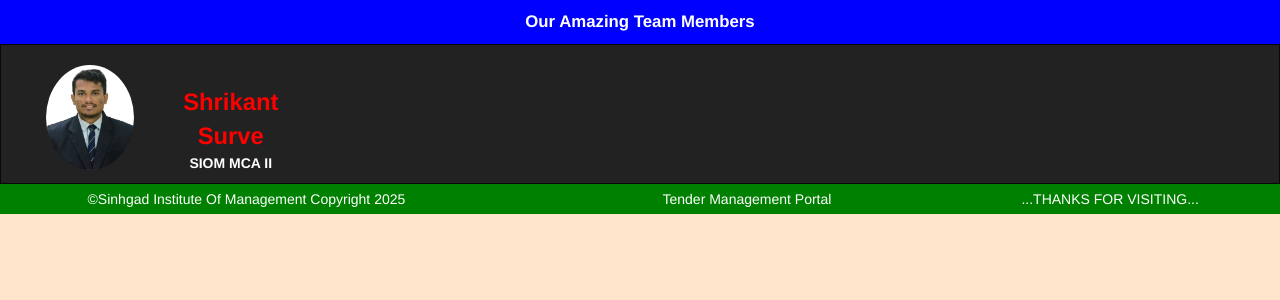
Repository: ShrikantSurve57/Tender-Allotment
Page: http://localhost/tendermanagement/footer.jsp
The author's editor kept a copy of each file at every save. The page is drawn from the files as they stood at one save, then again after the next save.
The browser window is 1280 px wide. The pictures show the whole page.
Some web fonts or font styles are not loaded; a fallback is used. The page is served by Tomcat 9.

Above is the page before, as saved 2026-01-20 09:31:24.

After the next save:
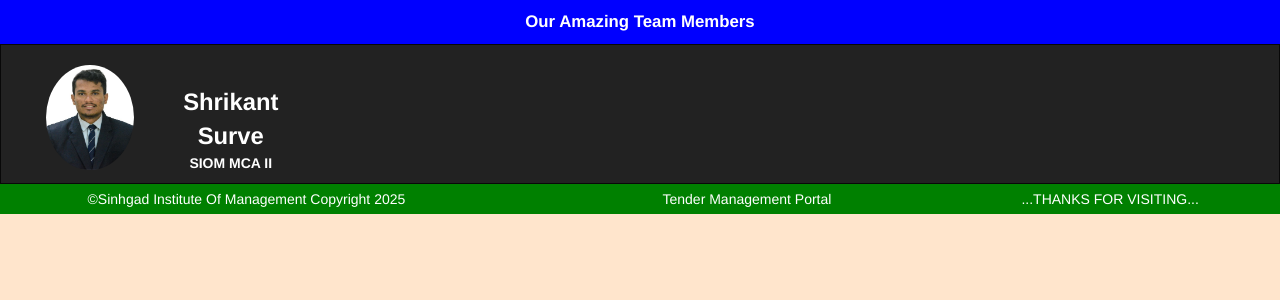
Saved 49 s later.
--- a/tendermanagement/WebContent/footer.jsp
+++ b/tendermanagement/WebContent/footer.jsp
@@ -37,7 +37,7 @@
                   <div class="col-md-7 col-xs-7 col-sm-7">
                     <div class="developers pull-left" style="font-weight: bold; color:white;text-align: center;">
                     <br/>
-                    <span style="font-size: 1.7em; color:red">Shrikant Surve</span>
+                    <span style="font-size: 1.7em; color:rgb(255, 255, 255)">Shrikant Surve</span>
 <!--                     <p><span>Web Developer</span></p>
  -->                    <p>SIOM MCA II</p>
                     </div>
